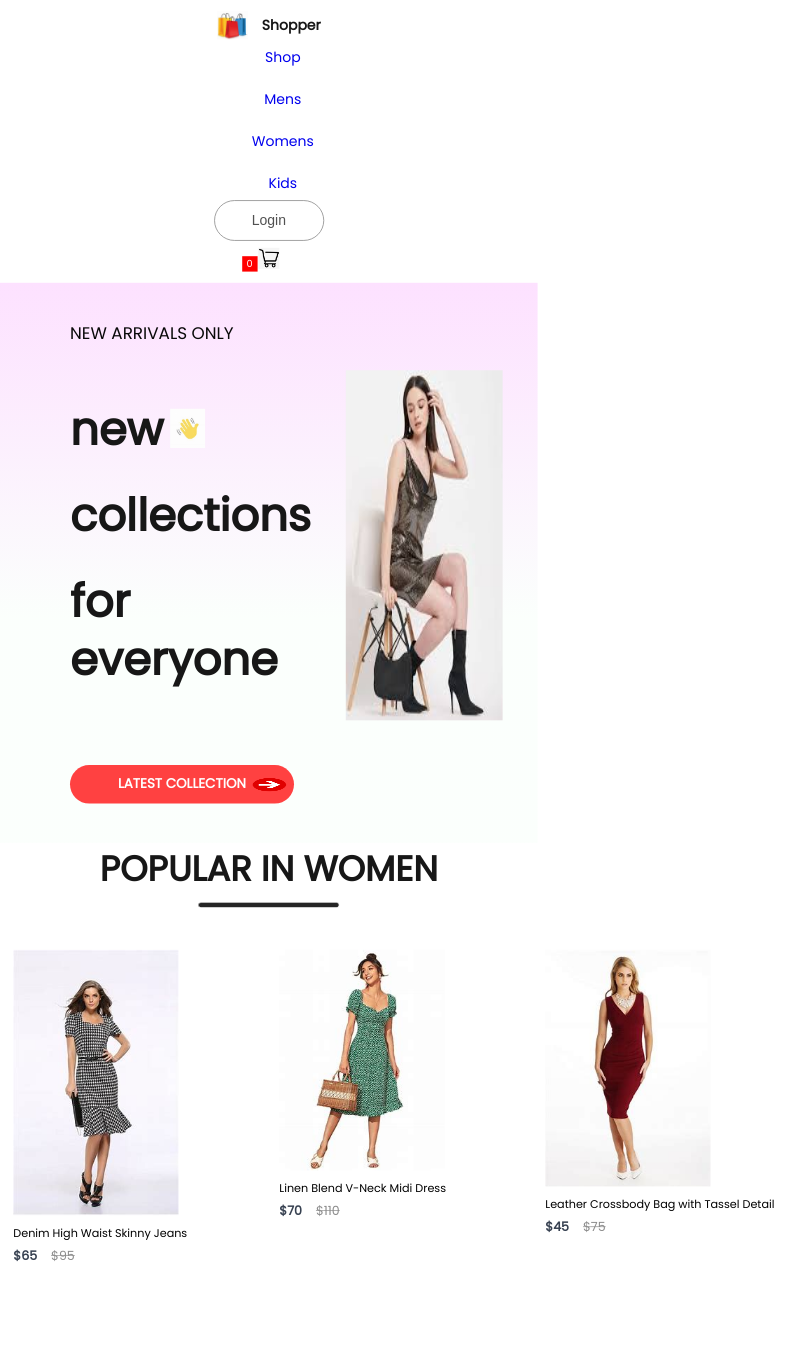
Repository: sshaiv/Shoppie_EcommerceAPP
Page: /
These files come from the project's save history. The page is drawn as it stood at one moment and after the next save; the edit follows.
The browser window is 768 px wide. The page is 1129 px wide, then 768 px, so the pictures cover 1129 px, including what lies to the right of the window. The pictures show the part of the page from y = 0 to 2160 px (the page is 1924 px tall before and 3310 px after), at 70% of full size.
The project was rebuilt for these pictures with package versions that can differ from the ones it lists, and the page was loaded fresh each time. Also part of the build but not shown: src/App.css, src/Components/Pages/ShopCategory.jsx, src/Components/Pages/Product.jsx, src/Components/Pages/Cart.jsx, src/Components/Pages/LoginSignup.jsx.

Above is the page before, as saved 2024-07-16 18:21:45.

### public/index.html
<!DOCTYPE html>
<html lang="en">
  <head>
    <meta charset="utf-8" />
    <link rel="icon" href="%PUBLIC_URL%/favicon.ico" />
    <meta name="viewport" content="width=device-width, initial-scale=1" />
    <meta name="theme-color" content="#000000" />
    <meta
      name="description"
      content="Web site created using create-react-app"
    />
    <link rel="apple-touch-icon" href="%PUBLIC_URL%/logo192.png" />
    <!--
      manifest.json provides metadata used when your web app is installed on a
      user's mobile device or desktop. See https://developers.google.com/web/fundamentals/web-app-manifest/
    -->
    <link rel="manifest" href="%PUBLIC_URL%/manifest.json" />
    <!--
      Notice the use of %PUBLIC_URL% in the tags above.
      It will be replaced with the URL of the `public` folder during the build.
      Only files inside the `public` folder can be referenced from the HTML.

      Unlike "/favicon.ico" or "favicon.ico", "%PUBLIC_URL%/favicon.ico" will
      work correctly both with client-side routing and a non-root public URL.
      Learn how to configure a non-root public URL by running `npm run build`.
    -->
    <link rel="preconnect" href="https://fonts.googleapis.com">
    <link rel="preconnect" href="https://fonts.gstatic.com" crossorigin>
    <link href="https://fonts.googleapis.com/css2?family=Poppins&display=swap" rel="stylesheet">
    <title>E-Commerce</title>
  </head>
  <body>
    <noscript>You need to enable JavaScript to run this app.</noscript>
    <div id="root"></div>
    <!--
      This HTML file is a template.
      If you open it directly in the browser, you will see an empty page.

      You can add webfonts, meta tags, or analytics to this file.
      The build step will place the bundled scripts into the <body> tag.

      To begin the development, run `npm start` or `yarn start`.
      To create a production bundle, use `npm run build` or `yarn build`.
    -->
  </body>
</html>

### src/index.css
*{
  margin: 0;
}

body {
  margin: 0;
  font-family: -apple-system, BlinkMacSystemFont, 'Segoe UI', 'Roboto', 'Oxygen',
    'Ubuntu', 'Cantarell', 'Fira Sans', 'Droid Sans', 'Helvetica Neue',
    sans-serif;
  -webkit-font-smoothing: antialiased;
  -moz-osx-font-smoothing: grayscale;

 font-family:'Poppins';

}

code {
  font-family: source-code-pro, Menlo, Monaco, Consolas, 'Courier New',
    monospace;
}

### src/App.js
import React from 'react';
import './App.css';
import Navbar from './Components/Navbar/Navbar';
import { BrowserRouter, Routes, Route } from 'react-router-dom';
import ShopCategory from './Components/Pages/ShopCategory';
import Product from './Components/Pages/Product';
import Cart from './Components/Pages/Cart';
import LoginSignup from './Components/Pages/LoginSignup';
import Shop from './Components/Pages/Shop';

const App = () => {
  return (
    <div>
      <BrowserRouter>
        <Navbar />
        <Routes>
          <Route path='/' element={<Shop />} />
          <Route path='/mens' element={<ShopCategory category='mens' />} />
          <Route path='/womens' element={<ShopCategory category='women' />} />
          <Route path='/kids' element={<ShopCategory category='kids' />} />
          <Route path='/product' element={<Product />} />
          <Route path='/product/:productID' element={<Product />} />
          <Route path='/cart' element={<Cart />} />
          <Route path='/login' element={<LoginSignup />} />
        </Routes>
      </BrowserRouter>
    </div>
  );
}

export default App;

### src/Components/Navbar/Navbar.jsx
import React, { useState } from 'react'
import './Navbar.css'
import logo from '../Assets/logo.png'
import cart_icon from '../Assets/cart_icon.png'
import { Link } from 'react-router-dom'

const Navbar = () => {
const [menu,setMenu]=useState("shop");

  return (
    <div>
      <div className='navbar'>
        <div className='nav-logo'>
          <img src={logo} alt="Logo" />
          <p>Shopper</p>
        </div>
        <ul className='nav-menu'>
            <li onClick={()=>{setMenu("shop")}}><Link style={{textDecoration:'none'}} to='/'>Shop </Link>{menu==="shop"? <hr/> :<></>}   </li>
            <li onClick={()=>{setMenu("mens")}}><Link style={{textDecoration:'none'}}  to='/mens'>Mens</Link> {menu==="shop"? <hr/> :<></>} </li>
            <li onClick={()=>{setMenu("womens")}}><Link style={{textDecoration:'none'}}  to='/womens'>Womens </Link> {menu==="shop"? <hr/> :<></>} </li>
            <li onClick={()=>{setMenu("kids")}}><Link style={{textDecoration:'none'}}  to='/kids'>Kids</Link> {menu==="shop"? <hr/> :<></>} </li>
        </ul>

        <div className="nav-login-cart">
          <Link to='/login'>  <button>Login</button></Link>
       <Link to='/cart'>   <img src={cart_icon} alt="" /></Link>
      <div className="nav-cart-count">0</div>
        </div>
      </div>
    </div>
  )
}

export default Navbar

### src/Components/Pages/Shop.jsx
import React from 'react';
import Hero from '../Hero/Hero';
import Popular from '../Popular/Popular';

const Shop = () => {
  return (
    <div>
      <Hero/>
      <Popular/>
    </div>
  );
}

export default Shop;

### src/Components/Navbar/Navbar.css
.navbar{
    display: flex;
    justify-content: space-around;
    padding: 16px;
    box-shadow:0 1px 3px -2px black ;

}
.nav-logo{
    display:flex;
    align-items: center;
    gap: 10px;
}

.nav-logo p{
    color: #171717;
    font-size: 38px;
    font-weight: 600;
}
.nav-menu{
    display:flex;
    align-items:center;
    list-style: none;
    gap: 50px;
    color:#626262;
    font-size: 20px;
    font-weight: 500;

}


  .nav-logo img {
    height: 40px;
    margin-right: 10px;
  }



  .nav-menu li {
    margin: 0 15px;
    position: relative;
    cursor: pointer;
  }

  .nav-menu li:hover hr {
    display: block;
  }

  .nav-menu hr {
    display: none;
    width: 80%;
    height: 3px;
    border-radius: 10px;
    background-color:red;

  }

  .nav-login-cart {
    display: flex;
    align-items: center;
    gap: 45px;
  }

  .nav-login-cart button {
    width: 157px;
    height: 58px;
    outline: none;
    border: 1px solid #7a7a7a;
    border-radius: 75px;
    color:#515151;
    font-size: 20px;
    font-weight: 500;
    background: white;
    cursor: pointer;
  }

  .nav-login-cart button:active{
    background:#f3f3f3;
  }
  .nav-login-cart img {
    height: 30px;
    cursor: pointer;
  }
  .nav-cart-count{
    width: 22px;
    height: 22px;
    display: flex;
    justify-content: center;
    align-items:center;
    margin-top: -35px;
    margin-left: -55px;
    border: radius 11px;
    font-size: 14px;
    background-color:red;
    color:white;
  }

  @media (max-width: 768px) {
    .navbar {
      flex-direction: column;
      align-items: center;
    }

    .nav-logo p {
      font-size: 20px;
    }

    .nav-menu {
      flex-direction: column;
      align-items: center;
      gap: 10px;
    }

    .nav-menu li {
      margin: 10px 0;
    }

    .nav-login-cart {
      flex-direction: column;
      align-items: center;
      gap: 10px;
    }
  }

### src/Components/Hero/Hero.jsx
import React from "react";
import "./Hero.css";
import hand_icon from "../Assets/hand_icon.png";
import arrow_icon from "../Assets/arrow_icon.png";
import hero_imae from '../Assets/hero_imae.png';

const Hero = () => {
  return (
    <div className="hero">
      <div className="hero-left">
        <h2>NEW ARRIVALS ONLY</h2>
        <div className="hero-hand-icon">
          <p>new</p>
          <img src={hand_icon} alt="hand icon" />
        </div>
        <p>collections</p>
        <p>for everyone</p>
        <div className="hero-latest-btn">
          <div>Latest Collection</div>
          <img src={arrow_icon} alt="arrow icon" />
        </div>
      </div>
      <div className="hero-right">
        <img src={hero_imae} alt="hero" />
      </div>
    </div>
  );
};

export default Hero;

### src/Components/Popular/Popular.jsx
import React from 'react'
import './Popular.css'
import data_product from '../Assets/data'
import Item from '../Item/Item'

const Popular = () => {
  return (
    <div className='popular'>
      <h1>POPULAR IN WOMEN </h1>
    <hr />
<div className="popular-item">
    {data_product.map((item,i)=>{
        return <Item key={i} id={item.id} name={item.name} image={item.image} new_price={item.new_price} old_price={item.old_price}/>
    })}
</div>
    </div>
  )
}

export default Popular

### src/Components/Hero/Hero.css
.hero {
    height: 100vh;
    background: linear-gradient(180deg, #fde1ff, #e1ffea22 60%);
    display: flex;
    justify-content: space-between;
    align-items: center;
    padding: 0 50px;
    box-sizing: border-box;
  }

  .hero-left {
    flex: 1;
    display: flex;
    flex-direction: column;
    justify-content: center;
    gap: 20px;
    padding-left: 50px;
    line-height: 1.3;
  }

  .hero-left h2 {
    color: #090909;
    font-size: 1.5rem;
    font-weight: 500;
    position: relative;
    bottom: 50px;
  }

  .hero-left p {
    color: #171717;
    font-size: 4rem;
    font-weight: 700;
    margin: 10px 0;
  }

  .hero-hand-icon {
    display: flex;
    align-items: center;
    gap: 10px;
    font-size: 1.5rem;
    font-weight: 500;
    color: #ff4141;
  }

  .hero-hand-icon img {
    width: 50px;
  }
  .hero-latest-btn {
    width: 260px;
    display: flex;
    justify-content: center;
    align-items: center;
    gap: 10px;
    padding: 15px 30px;
    border-radius: 50px;
    margin-top: 30px;
    background: #ff4141;
    color: white;
    font-size: 1.2rem;
    font-weight: 600;
    text-transform: uppercase;
    transition: background 0.3s ease, transform 0.3s ease;
    cursor: pointer;
    position: relative;
    top: 50px; /* Add position relative to the parent */
  }

  .hero-latest-btn img {
    height: 20px;
    width: 50px;
    position: absolute; /* Position the image absolutely */
    right: 10px; /* Adjust right position as needed */
  }

  .hero-latest-btn:hover {
    background: #e63939;
    transform: scale(1.05);
  }


  .hero-right {
    flex: 1;
    display: flex;
    justify-content: center;
    align-items: center;
    padding-right: 50px;
  }

  .hero-right img {
    max-width: 100%;
    height: 500px;
   position: relative;
   left: 50px;
   bottom: 25px;

  }

### src/Components/Popular/Popular.css
.popular {
    height: 90vh;
    display: flex;
    flex-direction: column;
    align-items: center;
    gap:10px;


  }

  .popular h1 {
    font-size: 50px;
    font-weight: 600;
    color: #171717;

  }

  .popular hr {
    width: 200px;
    height: 6px;
    border-radius: 10px;
    background: #252525;

  }

  .popular-item {
margin-top:50px;
display: flex;
    gap: 30px;
  }

### src/Components/Assets/data.js
import p1_img from './product1.png'
import p2_img from './product2.png'
import p3_img from './product3.png'
import p4_img from './product4.png'


let data_product = [
    {
      id: 1,
      name: "Striped Flutter Sleeve Overlap Collar Peplum Hem Blouse",
      image: p1_img,
      new_price: 50.00,
      old_price: 80.50,
    },
    {
      id: 2,
      name: "Denim High Waist Skinny Jeans",
      image: p2_img,
      new_price: 65.00,
      old_price: 95.00,
    },
    {
      id: 3,
      name: "Linen Blend V-Neck Midi Dress",
      image: p3_img,
      new_price: 70.00,
      old_price: 110.00,
    },
    {
      id: 4,
      name: "Leather Crossbody Bag with Tassel Detail",
      image: p4_img,
      new_price: 45.00,
      old_price: 75.00,
    },
  ];


export default data_product;

### src/Components/Item/Item.jsx
import React from 'react'
import './Item.css'

const Item = (props) => {
  return (
    <div className='item'>
      <img src={props.image} alt="" />
      <p>{props.name}</p>
      <div className="item-prices">
        <div className="item-price-new">
            ${props.new_price}
        </div>
        <div className="item-price-old">
            ${props.old_price}
        </div>
      </div>

    </div>
  )
}

export default Item

### src/Components/Item/Item.css
.item{
    width: 350px;

}

.item p{
    margin: 6px 0px;
}

.item-prices{
    display: flex;
    gap: 20px;
}

.item-price-new{
    color: #374151;
    font-size: 18px;
    font-weight: 600;
}

.item-price-old{
    color:#8c8c8c;
    font-size: 18px;
    font-weight: 500;
    text-decoration: line-through;
}
.item:hover{
    transform: scale(1.05);
    transition: 0.6s;
}

Loaded but not shown: src/index.js (common file); src/reportWebVitals.js (common file)

After the next save:
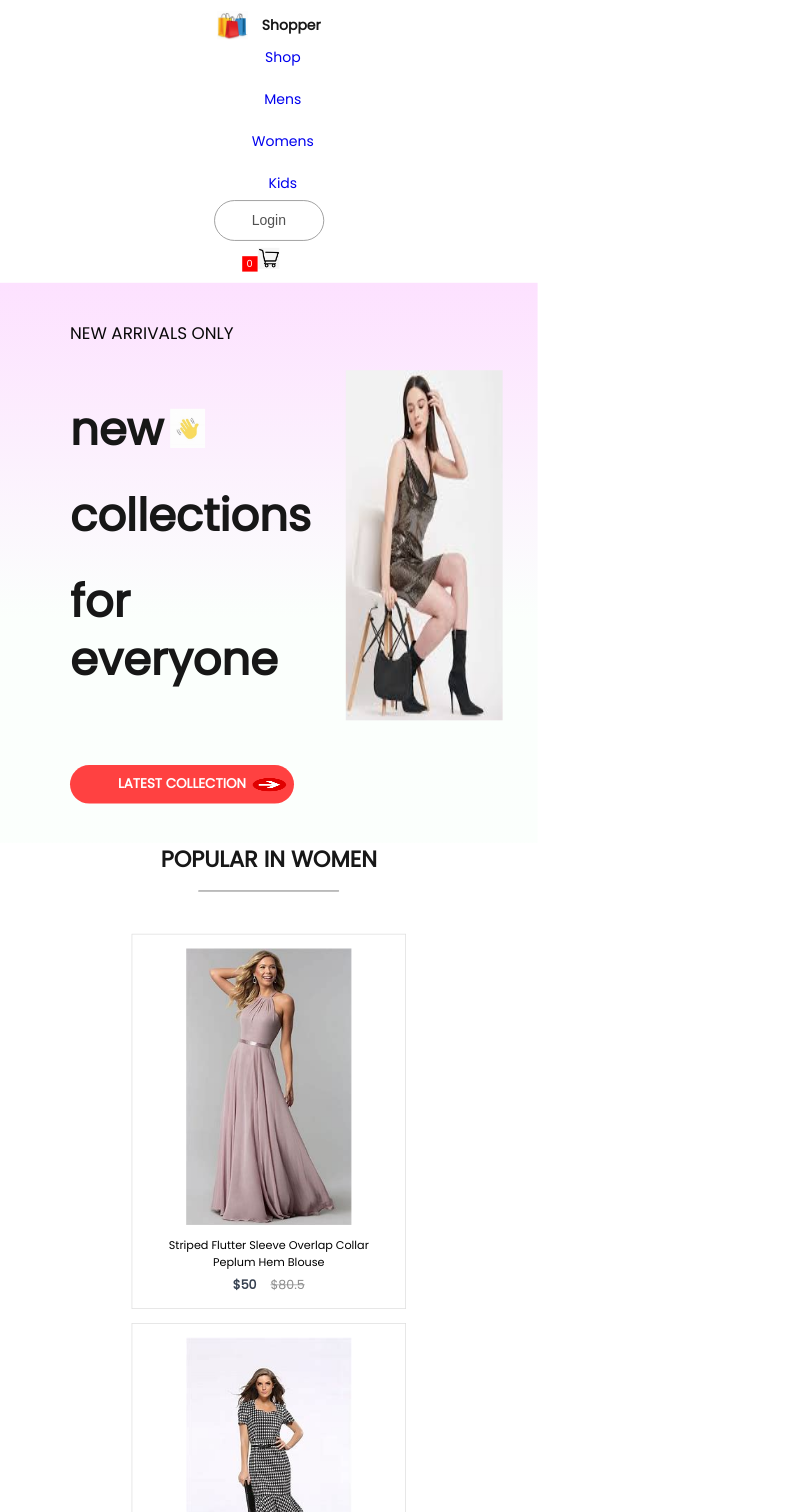
Saved 113 s later.
--- a/src/Components/Popular/Popular.css
+++ b/src/Components/Popular/Popular.css
@@ -3,16 +3,14 @@
     display: flex;
     flex-direction: column;
     align-items: center;
-    gap:10px;
-
-
+    gap: 10px;
   }
 
   .popular h1 {
-    font-size: 50px;
+    font-size: 3rem; /* Adjusted font size */
     font-weight: 600;
     color: #171717;
-
+    margin-bottom: 10px; /* Added margin for spacing */
   }
 
   .popular hr {
@@ -20,11 +18,62 @@
     height: 6px;
     border-radius: 10px;
     background: #252525;
-
+    margin-bottom: 20px; /* Added margin for spacing */
   }
 
   .popular-item {
-margin-top:50px;
-display: flex;
-    gap: 30px;
+    margin-top: 50px;
+    display: grid;
+    grid-template-columns: repeat(auto-fit, minmax(300px, 1fr)); /* Adjusted grid columns */
+    gap: 30px; /* Increased gap between items */
+    justify-content: space-between; /* Distribute items with space between */
   }
+
+  .popular-item .item {
+    border: 1px solid #ddd; /* Example border style for items */
+    padding: 20px; /* Example padding for items */
+    display: flex;
+    flex-direction: column;
+    align-items: center;
+    text-align: center;
+  }
+
+  .popular-item .item img {
+    max-width: 100%;
+    height: auto;
+    margin-bottom: 10px; /* Space below image */
+  }
+
+  .popular-item .item .name {
+    font-size: 1.2rem; /* Adjusted font size for item name */
+    font-weight: bold;
+    color: #333;
+    margin-bottom: 5px; /* Space below name */
+  }
+
+  .popular-item .item .price {
+    font-size: 1rem; /* Adjusted font size for prices */
+    color: #888;
+  }
+
+  .popular-item .item .old-price {
+    text-decoration: line-through; /* Strikethrough for old price */
+    margin-right: 5px; /* Space between old and new price */
+  }
+
+  .popular-item .item .new-price {
+    font-weight: bold;
+    color: #ff4141;
+  }
+
+  @media (max-width: 768px) {
+    .popular h1 {
+      font-size: 2rem; /* Adjusted font size for smaller screens */
+    }
+
+    .popular-item {
+      grid-template-columns: repeat(auto-fill, minmax(250px, 1fr)); /* Adjusted for smaller screens */
+      gap: 20px; /* Adjusted gap for smaller screens */
+      margin-top: 30px; /* Adjusted margin for smaller screens */
+    }
+  }
